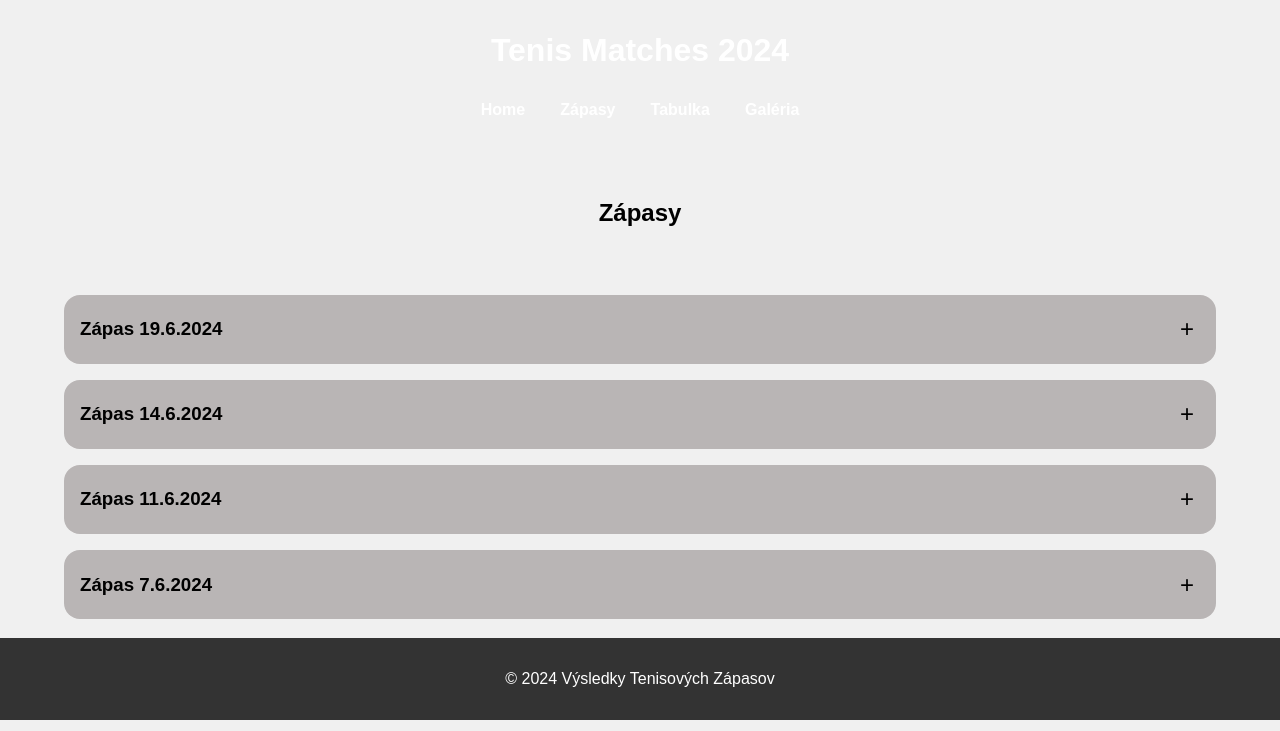
Repository: Badynko/tenis
Page: matches.html
The author's editor kept a copy of each file at every save. The page is drawn from the files as they stood at one save, then again after the next save.
The browser window is 1280 px wide. The pictures show the whole page.

Above is the page before, as saved 2024-07-23 18:18:21.

After the next save:
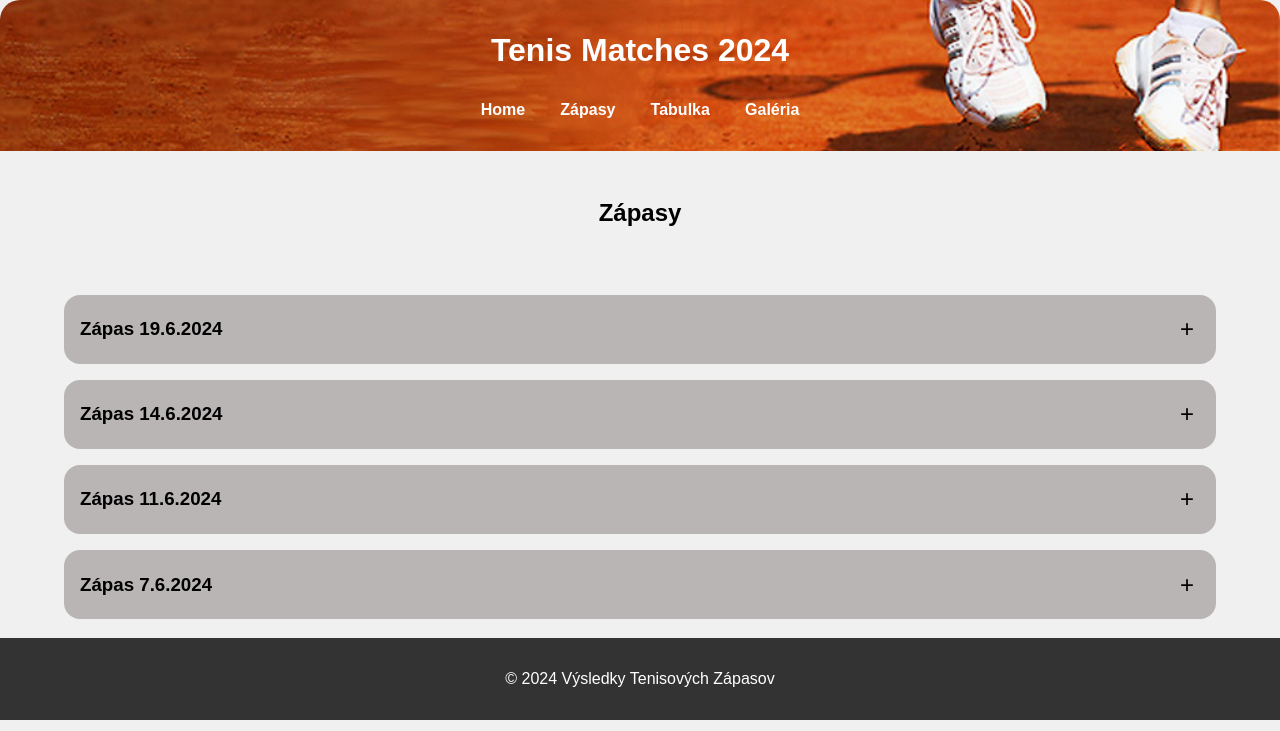
Saved 16 s later.
--- a/css/style.css
+++ b/css/style.css
@@ -12,7 +12,7 @@ header {
   border-radius: 20px 20px 0 0;
   font-family: Century Gothic, CenturyGothic, AppleGothic, sans-serif;
 
-  background-image: url(../img/header.jpg) cover;
+  background: url(../img/header.jpg) 50% / cover;
 }
 
 h1 {
